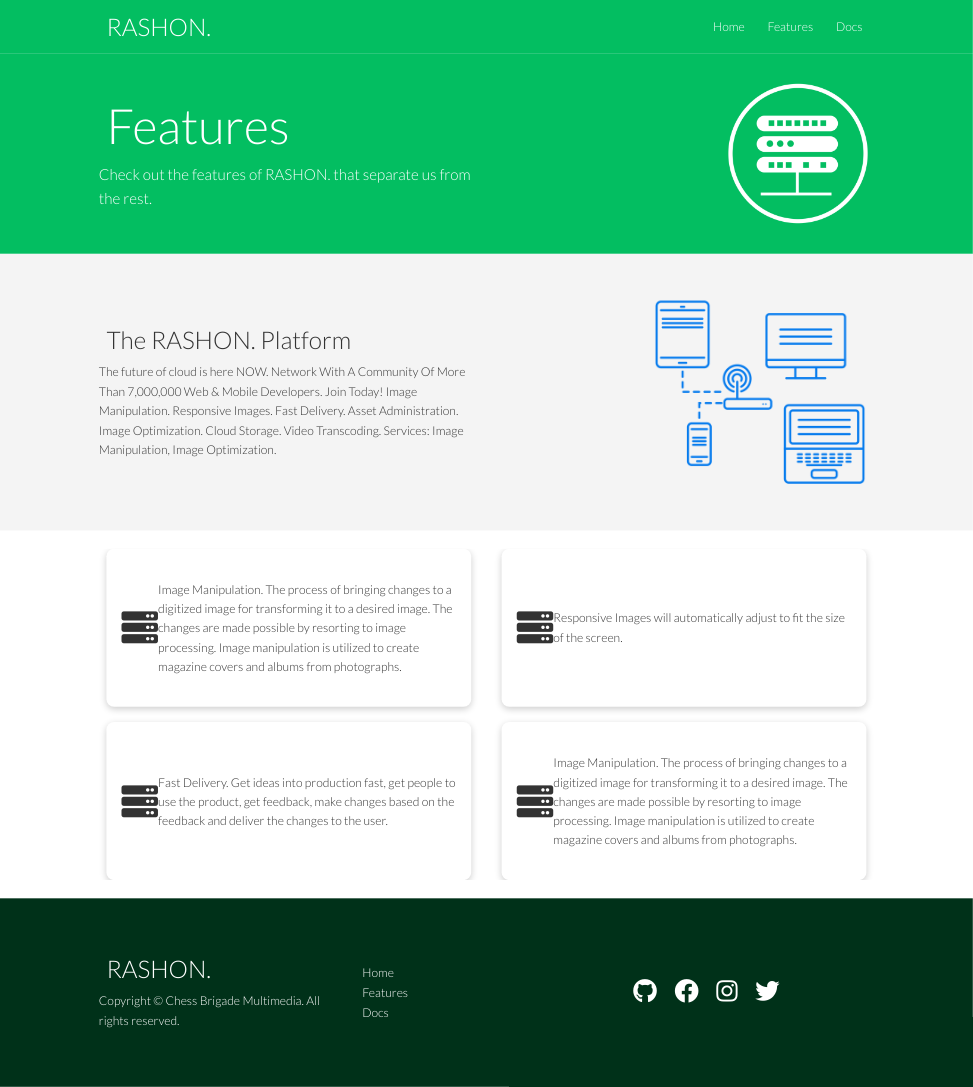
Repository: Skilis/website-modern
Page: features.html
These files come from the project's save history. The page is drawn as it stood at one moment and after the next save; the edit follows.
The browser window is 1280 px wide. The pictures show the whole page, at 76% of full size.

Above is the page before, as saved 2020-10-23 17:26:28.

### features.html
<!DOCTYPE html>
<html lang="en">

<head>
  <meta charset="UTF-8">
  <meta name="viewport" content="width=device-width, initial-scale=1.0">
  <link rel="stylesheet" href="https://cdnjs.cloudflare.com/ajax/libs/font-awesome/5.15.1/css/all.min.css"
    integrity="sha512-+4zCK9k+qNFUR5X+cKL9EIR+ZOhtIloNl9GIKS57V1MyNsYpYcUrUeQc9vNfzsWfV28IaLL3i96P9sdNyeRssA=="
    crossorigin="anonymous" />
  <link rel="stylesheet" href="css/utilities.css">
  <link rel="stylesheet" href="css/style.css">

  <title>Rashon | Cloud Hosting For The SuperPhly</title>
</head>

<body>
  <!-- Navbar-->
  <div class="navbar">
    <div class="container flex">
      <h1 class="logo">RASHON.</h1>
      <nav>
        <ul>
          <li><a href="index.html">Home</a></li>
          <li><a href="features.html">Features</a></li>
          <li><a href="docs.html">Docs</a></li>
        </ul>
      </nav>
    </div>

  </div>

  <!-- Head -->
  <section class="features-head bg-primary py-3">
    <div class="container grid">
      <div>
        <h1 class="xl">Features</h1>
        <p class="lead">Check out the features of RASHON. that separate us from the rest.</p>
      </div>
      <img src="images/server.png" alt="">
    </div>
  </section>

  <!--Sub head -->

  <section class="features-sub-head bg-light py-3">
    <div class="container grid">
      <div>
        <h1 class="md">The RASHON. Platform</h1>
        <p class="">The future of cloud is here NOW. Network With A Community Of More Than 7,000,000 Web & Mobile
          Developers. Join Today! Image Manipulation. Responsive Images. Fast Delivery. Asset Administration. Image
          Optimization. Cloud Storage. Video Transcoding. Services: Image Manipulation, Image Optimization.</p>
      </div>
      <img src="images/server2.png" alt="">
    </div>

  </section>

  <section class="features-main my-2">
    <div class="container grid">
      <div class="card flex"><i class="fas fa-server fa-3x"></i>
        <p>Image Manipulation. The process of bringing changes to a digitized image for transforming it to a desired
          image. The changes are made possible by resorting to image processing. Image manipulation is utilized to
          create magazine covers and albums from photographs.</p>
      </div>
      <div class="card flex"><i class="fas fa-server fa-3x"></i>
        <p>Responsive Images will automatically adjust to fit the size of the screen.</p>
      </div>
      <div class="card flex"><i class="fas fa-server fa-3x"></i>
        <p>Fast Delivery. Get ideas into production fast, get people to use the product, get feedback, make changes
          based on the feedback and deliver the changes to the user. </p>
      </div>
      <div class="card flex"><i class="fas fa-server fa-3x"></i>
        <p>Image Manipulation. The process of bringing changes to a digitized image for transforming it to a desired
          image. The changes are made possible by resorting to image processing. Image manipulation is utilized to
          create magazine covers and albums from photographs.</p>
      </div>
    </div>
  </section>

  <!-- Footer -->

  <footer class="footer bg-dark py-5">
    <div class="container grid grid-3">
      <div>
        <h1>RASHON.</h1>
        <p>Copyright &copy; Chess Brigade Multimedia. All rights reserved.</p>
      </div>
      <nav>
        <ul>
          <li><a href="index.html">Home</a></li>
          <li><a href="features.html">Features</a></li>
          <li><a href="docs.html">Docs</a></li>
        </ul>
      </nav>
      <div class="social">
        <a href="https://skilis.github.io/CBMM-Development/"><i class="fab fa-github fa-2x"></i></a>
        <a href="https://www.facebook.com/ChessChessBrigadeInc/"><i class="fab fa-facebook fa-2x"></i></a>
        <a href="https://www.instagram.com/skilis_creates/"><i class="fab fa-instagram fa-2x"></i></a>
        <a href="https://twitter.com/skilisthedon"><i class="fab fa-twitter fa-2x"></i></a>
      </div>
    </div>
  </footer>


</body>

</html>

### css/utilities.css
.container {
  max-width: 1100px;
  margin: 0 auto;
  overflow: auto;
  padding: 0 40px;
}

.card {
  background-color: #fff;
  color: #333;
  border-radius: 10px;
  box-shadow: 0 3px 10px rgba(0, 0, 0, 0.2);
  padding: 20px;
  margin: 10px;
}

.btn {
  display: inline-block;
  padding: 10px 30px;
  cursor: pointer;
  background: var(--primary-color);
  color: #fff;
  border: none;
  border-radius: 5px;
}

.btn-outline {
  background-color: transparent;
  border: 1px #fff solid;
}

.btn:hover {
  transform: scale(.98);
}

/* Backgrounds & Colored Buttons */

.bg-primary,
.btn-primary {
  background-color: var(--primary-color);
  color: #fff;
}

.bg-secondary,
.btn-secondary {
  background-color: var(--secondary-color);
  color: #fff;
}

.bg-dark,
.btn-dark {
  background-color: var(--dark-color);
  color: #fff;
}

.bg-primary a,
.btn-primary a,
.bg-secondary a,
.btn-secondary a,
.bg-dark a,
.btn-dark a {
  color: #fff;
}

.bg-light,
.btn-light {
  background-color: var(--light-color);
  color: #333;
}

/* Text Sizes */

.lead {
  font-size: 20px;
}

.sm {
  font-size: 1rem;
}

.md {
  font-size: 2rem;
}

.lg {
  font-size: 3rem;
}

.xl {
  font-size: 4rem;
}

.text-center {
  text-align: center;
}

.flex {
  display: flex;
  justify-content: center;
  align-items: center;
  height: 100%;
}

.grid {
  display: grid;
  grid-template-columns: repeat(2, 1fr);
  gap: 20px;
  justify-content: center;
  align-items: center;
  height: 100%;
}

.grid-3 {
  grid-template-columns: repeat(3, 1fr);
}

/* Margin */

.my-1 {
  margin: 1rem;
}

.my-2 {
  margin: 1.5rem 0;
}

.my-3 {
  margin: 2rem 0;
}

.my-4 {
  margin: 3rem 0;
}

.my-5 {
  margin: 4rem 0;
}

.m-1 {
  margin: 1rem;
}

.m-2 {
  margin: 1.5rem;
}

.m-3 {
  margin: 2rem;
}

.m-4 {
  margin: 3rem;
}

.m-5 {
  margin: 4rem;
}

/* Padding */

.py-1 {
  padding: 1rem;
}

.py-2 {
  padding: 1.5rem 0;
}

.py-3 {
  padding: 2rem 0;
}

.py-4 {
  padding: 3rem 0;
}

.py-5 {
  padding: 4rem 0;
}

.p-1 {
  padding: 1rem;
}

.p-2 {
  padding: 1.5rem;
}

.p-3 {
  padding: 2rem;
}

.p-4 {
  padding: 3rem;
}

.p-5 {
  padding: 4rem;
}

### css/style.css
@import url('https://fonts.googleapis.com/css2?family=Lato:wght@300&display=swap');

:root {
  --primary-color: #03be61;
  --secondary-color: #026e38;
  --dark-color: #003119;
  --light-color: #f4f4f4;
}

* {
  box-sizing: border-box;
  padding: 0;
  margin: 0;
}

body {
  font-family: 'Lato', sans-serif;
  color: #333;
  line-height: 1.6;
}

ul {
  list-style-type: none;
}

a {
  text-decoration: none;
  color: #333;
}

h1,
h2 {
  font-weight: 300;
  line-height: 1.2;
  margin: 10px;
}

p {
  margin: 10px 0;
}

img {
  width: 100%;
}

/* Navrbar*/

.navbar {
  background-color: var(--primary-color);
  color: #fff;
  height: 70px;
}

.navbar ul {
  display: flex;
}

.navbar a {
  color: #fff;
  padding: 10px;
  margin: 0 5px;
}

.navbar a:hover {
  border-bottom: 2px white solid;
}

.navbar .flex {
  justify-content: space-between;
}

/* Showcase*/

.showcase {
  height: 400px;
  background-color: var(--primary-color);
  color: white;
  position: relative;
}

.showcase h1 {
  font-size: 40px;
}

.showcase p {
  margin: 20px 0;
}

.showcase .grid {
  overflow: visible;
  grid-template-columns: 55% 45%;
  gap: 30px;
}

.showcase-form {
  position: relative;
  top: 60px;
  height: 350px;
  width: 400px;
  padding: 40px;
  z-index: 100;
}

.showcase-form .form-control {
  margin: 30px 0;
}

.showcase-form input[type='text'],
.showcase-form input[type='email'] {
  border: 0;
  border-bottom: 1px solid #b4becb;
  width: 100%;
  padding: 3px;
  font-size: 16px;
}

.showcase-form input:focus {
  outline: none;
}

.showcase::before,
.showcase::after {
  content: '';
  position: absolute;
  height: 100px;
  bottom: -70px;
  right: 0;
  left: 0;
  background: white;
  transform: skewY(-3deg);
  -webkit-transform: skewY(-3deg);
  -moz-transform: skewY(-3deg);
  -ms-transform: skewY(-3deg);
}

/* Stats */

.stats {
  padding-top: 100px;
}

.stats-heading {
  max-width: 500px;
  margin: auto;
}

.stats .grid h3 {
  font-size: 35px;
}

.stats .grid p {
  font-size: 20px;
  font-weight: bold;
}

/* Cli */

.cli .grid {
  grid-template-columns: repeat(3, 1fr);
  grid-template-rows: repeat(2, 1fr);
}

.cli .grid>*:first-child {
  grid-column: 1 / span 2;
  grid-row: 1 / span 2;
}

/* Cloud */

.cloud .grid {
  grid-template-columns: 4fr 3fr;
}

/* Languages */

.languages .flex {
  flex-wrap: wrap;
}

.languages .card {
  text-align: center;
  margin: 18px 10px 40px;
  transition: transform 0.2s ease-in;
}

.languages .card h4 {
  font-size: 20px;
  margin-bottom: 10px;
}

.languages .card:hover {
  transform: translateY(-15px);
}

/* Features */

.features-head img {
  width: 200px;
  justify-self: flex-end;
}

.features-sub-head img {
  width: 300px;
  justify-self: flex-end;
}

/* Footer */

.footer .social a {
  margin: 0 10px;
}

/* Tablets and under*/

@media(max-width: 768px) {

  .grid,
  .showcase .grid,
  .stats .grid,
  .cli .grid,
  .cloud .grid {
    grid-template-columns: 1fr;
    grid-template-rows: 1fr;
  }

  .showcase {
    height: auto;
  }

  .showcase-text {
    text-align: center;
    margin-top: 40px;
  }

  .showcase-form {
    justify-self: center;
    margin: auto;
  }

  .cli .grid>*:first-child {
    grid-column: 1;
    grid-row: 1;
  }

}

/* Mobile*/

@media(max-width: 500px) {
  .navbar {
    height: 110px;
  }

  .navbar .flex {
    flex-direction: column;
  }

  .navbar ul {
    padding: 10px;
    background-color: rgba(0, 0, 0, 0.1);
  }
}

After the next save:
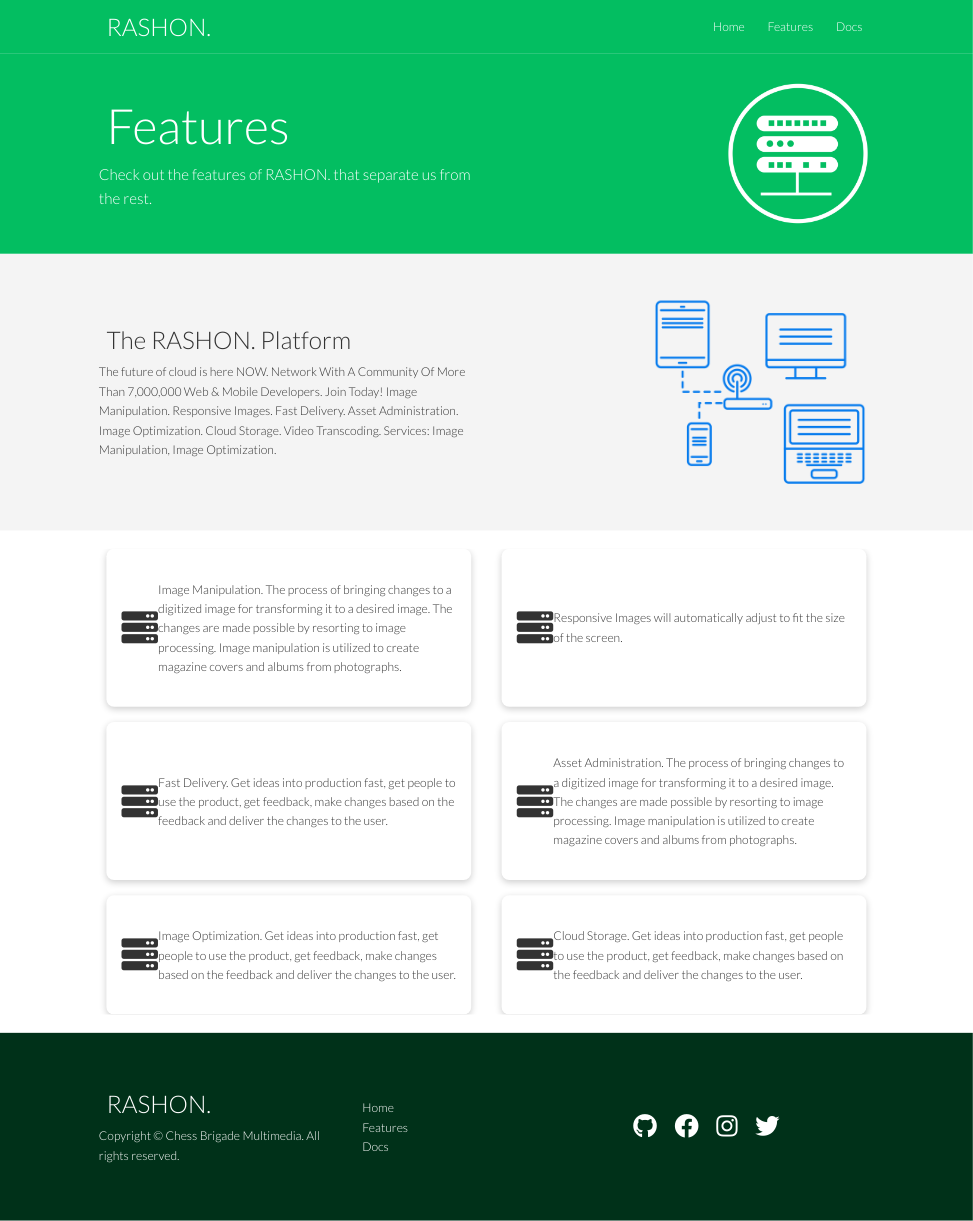
Saved 119 s later.
--- a/features.html
+++ b/features.html
@@ -70,9 +70,18 @@
           based on the feedback and deliver the changes to the user. </p>
       </div>
       <div class="card flex"><i class="fas fa-server fa-3x"></i>
-        <p>Image Manipulation. The process of bringing changes to a digitized image for transforming it to a desired
+        <p>Asset Administration. The process of bringing changes to a digitized image for transforming it to a desired
           image. The changes are made possible by resorting to image processing. Image manipulation is utilized to
           create magazine covers and albums from photographs.</p>
+      </div>
+      <div class="card flex"><i class="fas fa-server fa-3x"></i>
+        <p>Image
+          Optimization. Get ideas into production fast, get people to use the product, get feedback, make changes
+          based on the feedback and deliver the changes to the user. </p>
+      </div>
+      <div class="card flex"><i class="fas fa-server fa-3x"></i>
+        <p>Cloud Storage. Get ideas into production fast, get people to use the product, get feedback, make changes
+          based on the feedback and deliver the changes to the user. </p>
       </div>
     </div>
   </section>
